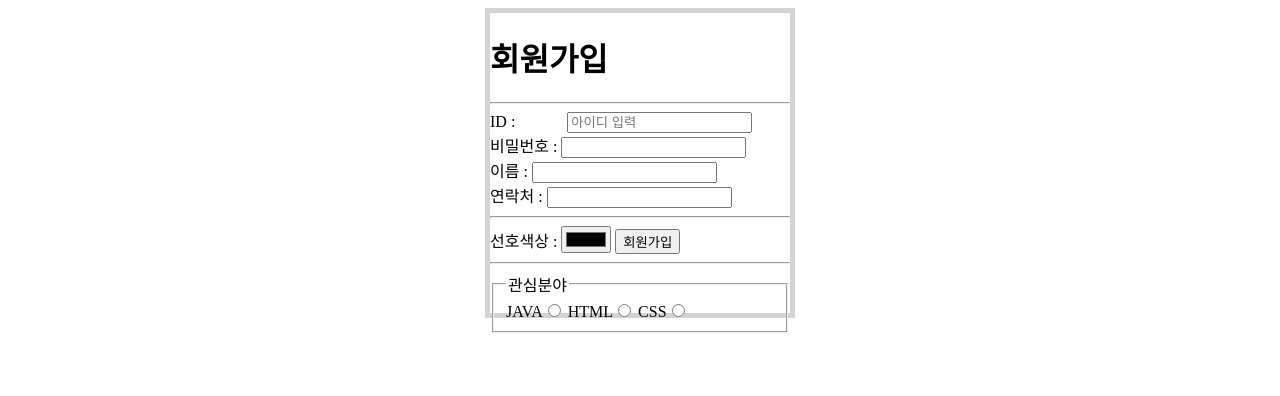
Repository: dychung1021/newrepository
Page: http://localhost/JSP05/
An editor plug-in stored every save of this project. The page is shown before and after the next save, followed by the edit.
The browser window is 1280 px wide. The pictures show the whole page.
The page is served by Tomcat 9.

Above is the page before, as saved 2024-05-10 05:14:52.

### JSP/JSP05/src/main/webapp/index.jsp
<%@ page language="java" contentType="text/html; charset=utf-8"
    pageEncoding="utf-8"%>
<!DOCTYPE html>
<html>
	<head>
		<meta charset="utf-8">
		<title>간단한 회원가입</title>
		<style>
			#wrap{
				width:300px;
				border:5px solid lightgray;
				height : 300px;
				margin : 0 auto;

				}
				input[name="id"]{
					margin-left:48px;
				}
		</style>
	</head>
	<body>
		<div id="wrap">
			<form method="get" action="main.jsp">
				<h1> 회원가입 </h1>
				<hr>
				ID : <input type="text" name="id" placeholder="아이디 입력"><br>
				비밀번호 : <input type="password" name="pw"><br>
				이름 : <input type="text" name="nm"><br>
				연락처 : <input type="text" name="phone"><br>
				<hr>
				선호색상 : <input type="color" name="c" >
				<input type="submit" value="회원가입">
				<hr>
				<fieldset>
					<legend>관심분야</legend>
					JAVA<input type="radio" name="subject" value="java">
					HTML<input type="radio" name="subject" value="html">
					CSS<input type="radio" name="subject" value="css">
				</fieldset>
			</form>

		</div>
	</body>
</html>

After the next save:
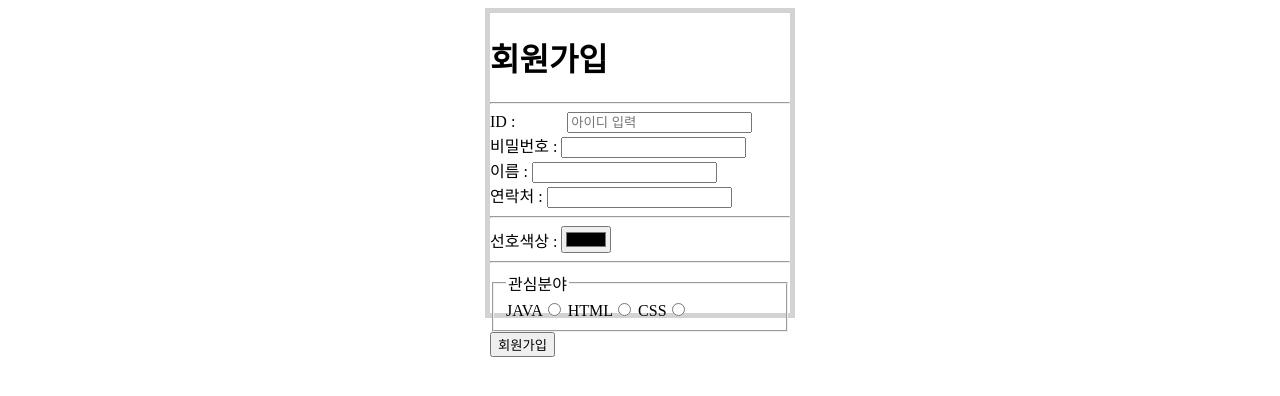
Saved 3 min 4 s later.
--- a/JSP/JSP05/src/main/webapp/index.jsp
+++ b/JSP/JSP05/src/main/webapp/index.jsp
@@ -29,7 +29,7 @@
 				연락처 : <input type="text" name="phone"><br>
 				<hr>
 				선호색상 : <input type="color" name="c" >
-				<input type="submit" value="회원가입">
+
 				<hr>
 				<fieldset>
 					<legend>관심분야</legend>
@@ -37,6 +37,7 @@
 					HTML<input type="radio" name="subject" value="html">
 					CSS<input type="radio" name="subject" value="css">
 				</fieldset>
+				<input type="submit" value="회원가입">
 			</form>
 
 		</div>
